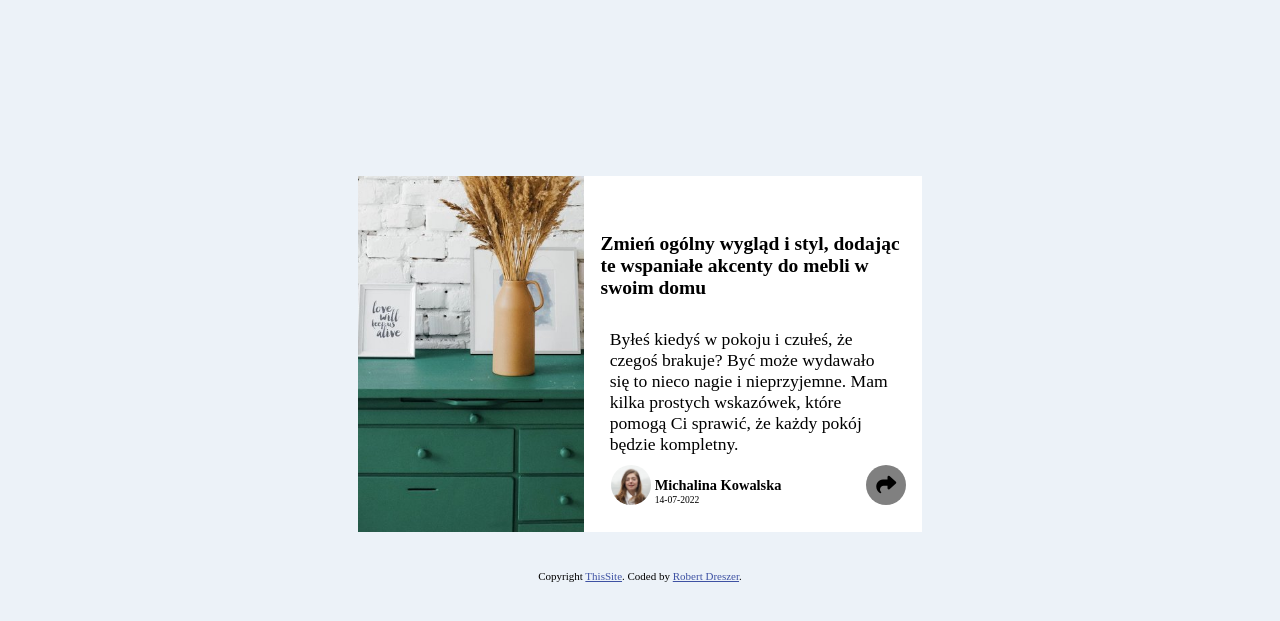
Repository: RobertDsr/komponent-podgl-du-produktu
Page: index.html
An editor plug-in stored every save of this project. The page is shown before and after the next save, followed by the edit.
The browser window is 1280 px wide. The pictures show the whole page.
Some web libraries are served in a nearby version. The style sheet was rebuilt from its Sass, Less or Tailwind sources for each picture, by a compiler version that may differ from the author's.

Above is the page before, as saved 2022-07-14 14:30:09.

### index.html
<!DOCTYPE html>
<html lang="pl">

<head>
  <meta charset="UTF-8">
  <meta name="viewport" content="width=device-width, initial-scale=1.0">
  <!-- displays site properly based on user's device -->

  <link rel="icon" type="image/png" sizes="32x32" href="./images/favicon-32x32.png">

  <script src="https://kit.fontawesome.com/f1983936fd.js" crossorigin="anonymous"></script>

  <title>Article preview component</title>

  <link rel="stylesheet" href="./design/css/main.min.css">
</head>

<body>

  <div class="wrapper">
    <div class="columns">
      <div class="columnLeft"></div>
      <div class="columnRight">
        <section class="articleDescription">
          <h1 class="Title">Zmień ogólny wygląd i styl, dodając te wspaniałe akcenty do mebli w swoim domu</h1>
          <p>Byłeś kiedyś w pokoju i czułeś, że czegoś brakuje? Być może wydawało się to nieco nagie i nieprzyjemne. Mam
            kilka prostych wskazówek, które pomogą Ci sprawić, że każdy pokój będzie kompletny.</p>
          <div class="author">
            <img src="./images/avatar-michelle.jpg" alt="Michelle" class="imgAuthor">
            <div class="divAuthorName">
              <h2 class="authorName">Michalina Kowalska</h2>
              <time datetime="2022-07-14">14-07-2022</time>
            </div>
            <div class="socialMedia">
              <i class="fa-solid fa-share"></i>
              <div class="popup">
                <div class="mediaWrapper">
                  <h3>share</h3>
                  <img class="img1" src="./images/icon-facebook.svg" alt="ikona facebooka">
                  <img class="img2" src="./images/icon-twitter.svg" alt="ikona twittera">
                  <img class="img3" src="./images/icon-pinterest.svg" alt="ikona pinteresta">
                </div>
              </div>
            </div>
          </div>
        </section>
      </div>
    </div>
    <footer>
      <div class="attribution">
        Copyright <a href="https://robertdreszer.pl/" target="_blank">ThisSite</a>.
        Coded by <a href="https://robertdreszer.pl/">Robert Dreszer</a>.
      </div>
    </footer>
  </div>
</body>

</html>

### design/scss/main.scss
* {
    box-sizing: border-box;
    margin: 0;
    padding: 0;
    --Very-Dark-Grayish-Blue: hsl(217, 19%, 35%);
    --Desaturated-Dark-Blue: hsl(214, 17%, 51%);
    --Grayish-Blue: hsl(212, 23%, 69%);
    --Light-Grayish-Blue: hsl(210, 46%, 95%);
}

body {
    font-size: 13px;
    color: var(--);
}


.wrapper {
    align-items: center;
    background-color: var(--Light-Grayish-Blue);
    display: flex;
    flex-direction: column;
    justify-content: center;
    min-height: 100vh;
    min-width: 100vw;
    max-width: 1440px;
    overflow: hidden;
}

.columns {
    display: flex;
    padding: 3%;
    // justify-content: space-around;
    width: 50%;
}

.columnLeft {
    background: url(../../images/drawers.jpg) center/cover;
    width: 40%;
}

.columnRight {
    background-color: #fff;
    padding: 10% 3% 3%;
    width: 60%;
}

.title {
    font-size: 1.45rem;
}

.articleDescription p {
    font-size: 1.1rem;
    padding: 10% 3% 0;
}

.author {
    display: grid;
    grid-template-columns: 14% 76% 10%;
    padding: 10px;
    align-items: flex-end;
}

.imgAuthor {
    width: 40px;
    height: 40px;
    border-radius: 50%;
}

.divAuthorName {
    font-size: 0.6rem;
    padding-left: 2%;
}

.socialMedia {
    display: flex;
    background-color: gray;
    border-radius: 50%;
    width: 40px;
    height: 40px;
    justify-content: center;
    align-items: center;
}

.fa-share {
    font-size: 20px;
    margin: 0 auto;
}

.popup {
    display: none;
}
.attribution { font-size: 11px; text-align: center; }
.attribution a { color: hsl(228, 45%, 44%); }

After the next save:
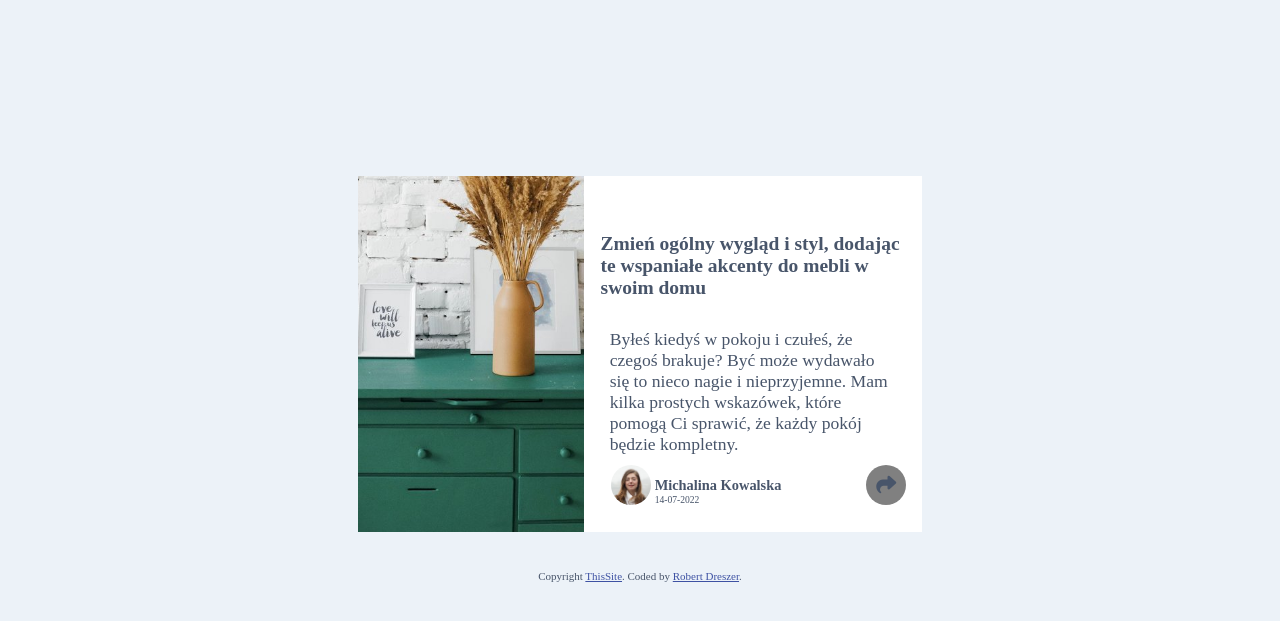
Saved 9 s later.
--- a/design/scss/main.scss
+++ b/design/scss/main.scss
@@ -10,7 +10,7 @@
 
 body {
     font-size: 13px;
-    color: var(--);
+    color: var(--Very-Dark-Grayish-Blue);
 }
 
 
